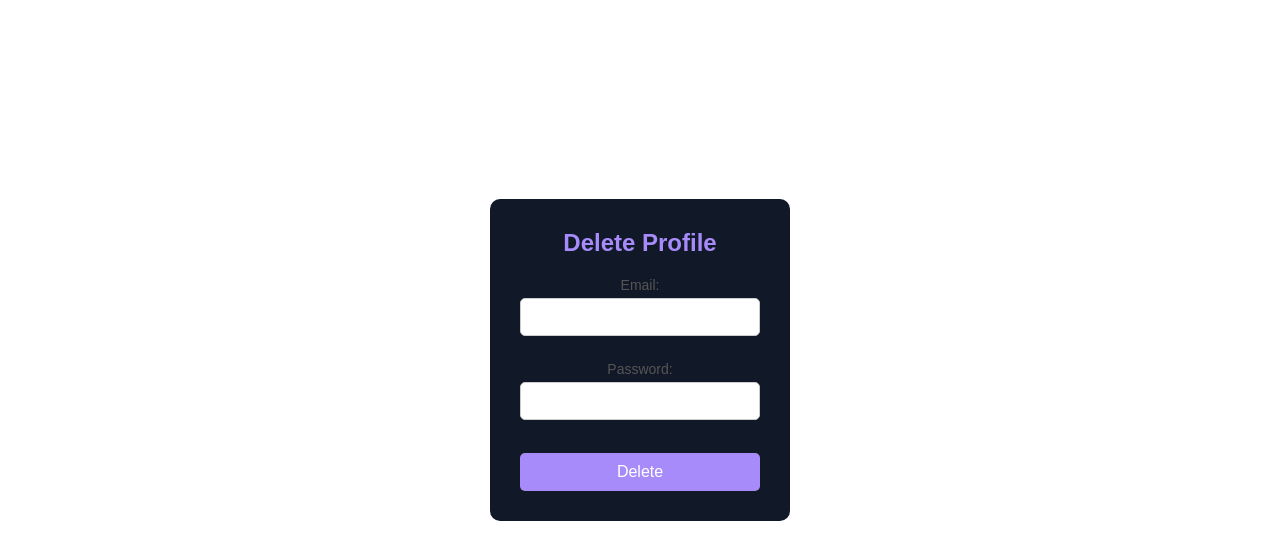
Repository: PeruriNaresh/Bank_Project
Page: http://localhost/bank_project/Delete.jsp
These files come from the project's save history. The page is drawn as it stood at one moment and after the next save; the edit follows.
The browser window is 1280 px wide. The pictures show the whole page.
The page is served by Tomcat 9.

Above is the page before, as saved 2024-10-27 13:44:04.

After the next save:
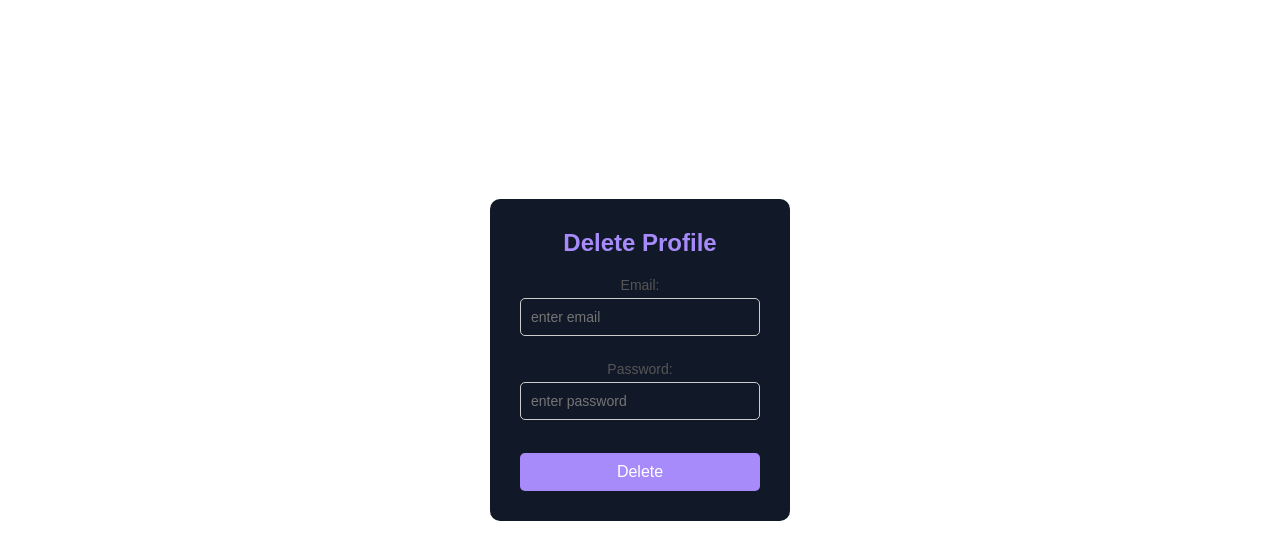
Saved 4 min 49 s later.
--- a/bank_project/src/main/webapp/Delete.jsp
+++ b/bank_project/src/main/webapp/Delete.jsp
@@ -51,6 +51,7 @@
     margin-bottom: 15px;
     border: 1px solid #ccc;
     border-radius: 5px;
+    background-color:transparent;
     font-size: 14px;
 }
 
@@ -74,9 +75,9 @@
         <h1>Delete Profile</h1>
         <form action="delete" method="post">
             <label for="email">Email:</label>
-            <input type="email" id="email" name="email" required>
+            <input type="email" id="email" name="email" placeholder="enter email" required>
             <label for="password">Password:</label>
-            <input type="password" id="password" name="password" required>
+            <input type="password" id="password" name="password" placeholder="enter password" required>
             <% String msg=(String)request.getAttribute("msg");
             if(msg!=null)
             {
